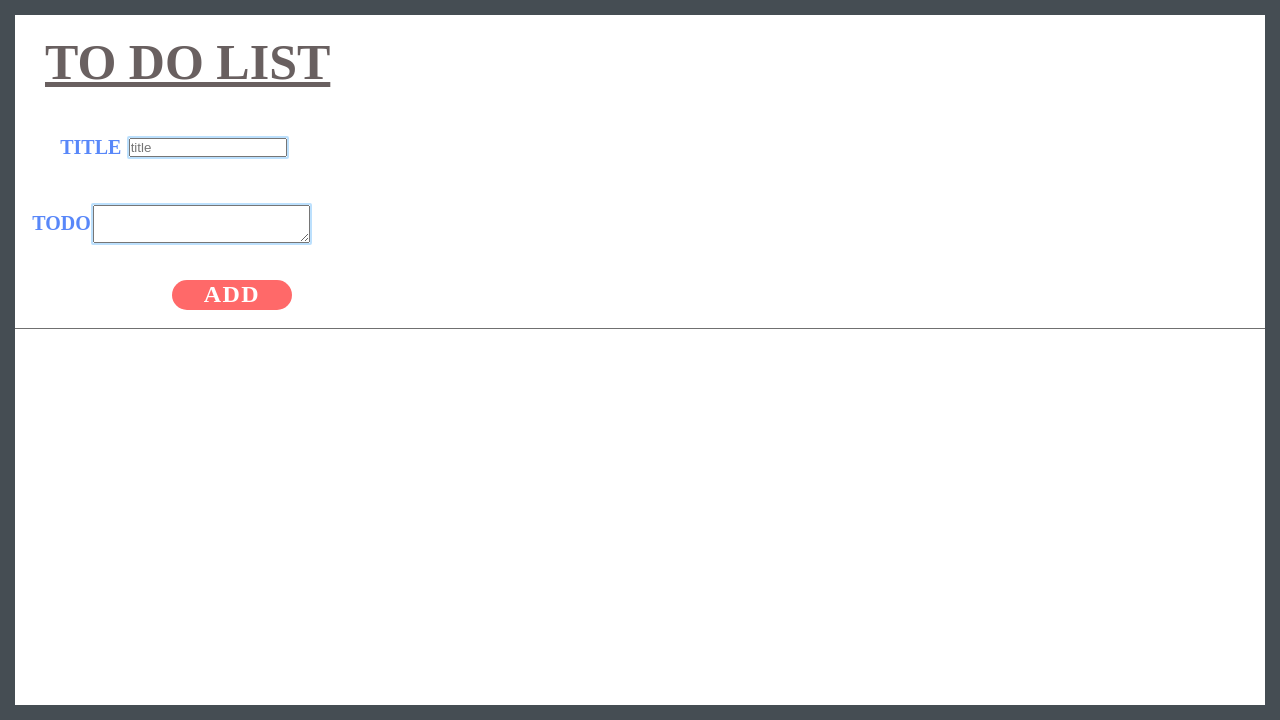
Repository: NagataRyuji0630/shinjin-otameshi
Page: todo_white_board.html
An editor plug-in stored every save of this project. The page is shown before and after the next save, followed by the edit.
The browser window is 1280 px wide. The pictures show the whole page.

Above is the page before, as saved 2020-06-11 23:15:38.
Not found: todoWhiteBoard.js

### todo_white_board.html
<!DOCTYPE html>
<html lang="ja">

<head>
    <meta charset="UTF-8">
    <meta name="viewport" content="width=device-width, initial-scale=1.0">
    <meta http-equiv="X-UA-Compatible" content="ie=edge">
    <link rel="stylesheet" href="./todo_white_board.css">
    <script src="./constants.js"></script>
    <script src="./domAction.js"></script>
    <script src="./todoWhiteBoard.js"></script>
    <title>Todo White Board</title>
</head>

<body>
    <div class="white_board display_flex_justify direction_colum">

        <div id="board_title_container" class="display_flex_align">
            <div id="board_title">TO DO LIST</div>
        </div>

        <div id="form_container" class="display_flex_justify direction_colum">

            <div class="input_content display_flex_all direction_row">
                <div class="input_title display_flex_all">TITLE</div>
                <div class="blue_form display_flex_all">
                    <input id="todo_title" type="text" placeholder="title" />
                </div>
            </div>

            <div class="input_content display_flex_all direction_row">
                <div class="input_title display_flex_all">TODO</div>
                <div class="blue_form display_flex_all">
                    <textarea id="todo_detail"></textarea>
                </div>

            </div>

            <div id="btn_container" class="display_flex_align">
                <div class="btn red_btn display_flex_all" id="todo_add_btn">
                    <div class="btn_text">ADD</div>
                </div>
            </div>
        </div>

        <div id="todo_list_container"></div>
    </div>
</body>

</html>

### todo_white_board.css
* {
    margin: 0px;
    padding: 0px;
    box-sizing: border-box;
}

body, html {
    width: 100%;
    height: 100%;
    font-size: 16px;
    overflow-x: hidden;
}

.display_flex_all {
    display: flex;
    justify-content: center;
    align-items: center;
}

.display_flex_justify {
    display: flex;
    justify-content: center;
}

.display_flex_align {
    display: flex;
    align-items: center;
}

.direction_colum {
    flex-direction: column;
}

.direction_row {
    flex-direction: row;
}

.white_board {
    width: 100%;
    height: 100%;
    border: 15px solid #454D53;
}

#board_title_container {
    width: auto;
    height: 15%;
    padding-left: 30px;
}

#board_title {
    text-align: center;
    text-decoration: underline;
    font-size: 50px;
    font-weight: bold;
    letter-spacing: 0px;
    color: #696060;
}

#form_container {
    width: 100%;
    height: 35%;
    padding: 0px 40px;
    border-bottom: 1px solid #707070;
}

.input_content {
    width: 20%;
    height: 35%;
}

.input_title {
    width: 35%;
    height: 100%;
    text-align: center;
    font-size: 20px;
    font-weight: bold;
    letter-spacing: 0px;
    color: #5887F9;
}

.blue_form {
    background: #F1F9FF 0% 0% no-repeat padding-box;
    border: 2px solid #BCE0FD;
    border-radius: 2px;
}

#todo_title {
    text-align: left;
    width: 100%;
    height: 100%;
}

#todo_detail {
    text-align: left;
    font-size: 16px;
    letter-spacing: 0px;
    color: #5887F9;
}

#btn_container {
    width: 100%;
    height: 30%;
}

.btn {
    width: 120px;
    height: 30px;
    border-radius: 24px;
}

.red_btn {
    background-color: #FF6969;
}

#todo_add_btn {
    position: relative;
    left: 10%
}

.btn_text {
    text-align: center;
    font-size: 24px;
    font-weight: bold;
    letter-spacing: 1.44px;
    color: #FFFFFF;
}

#todo_list_container {
    width: 100%;
    height: 60%;
}

Loaded but not shown: constants.js (no stored copy; drawn as an empty file); domAction.js (no stored copy; drawn as an empty file)

After the next save:
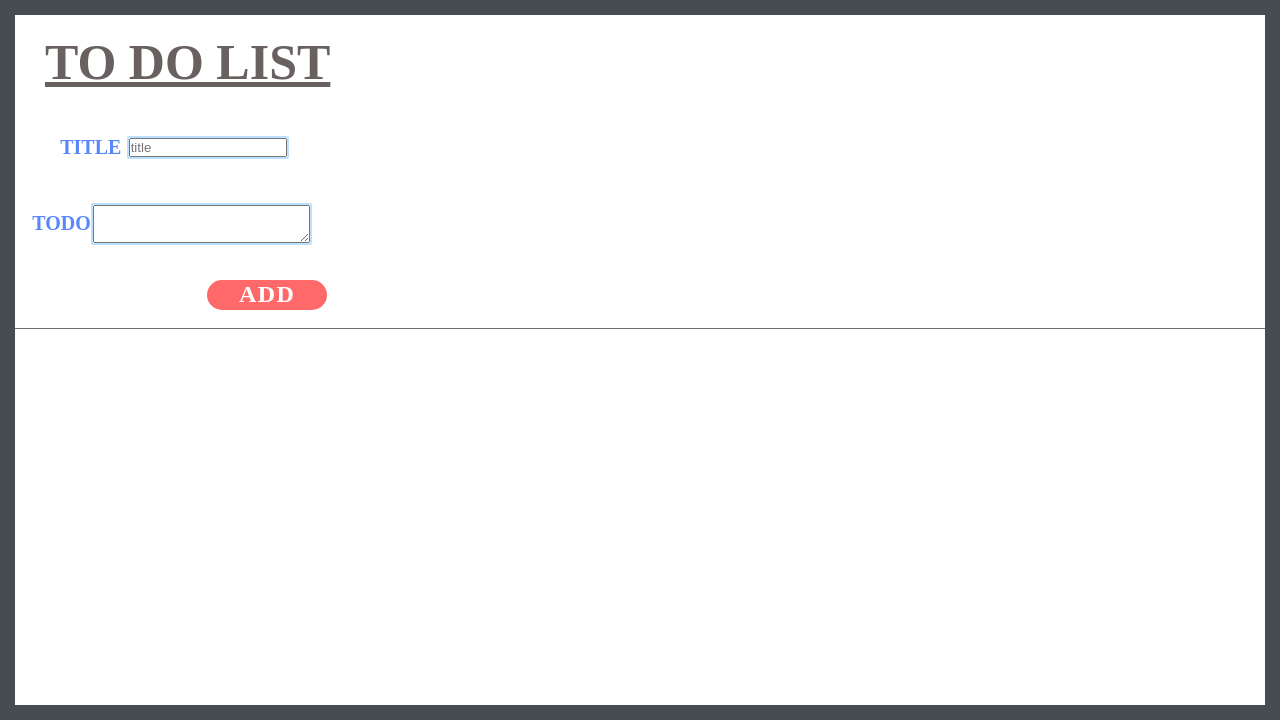
Saved 9 s later.
--- a/todo_white_board.css
+++ b/todo_white_board.css
@@ -114,7 +114,7 @@
 
 #todo_add_btn {
     position: relative;
-    left: 10%
+    left: 13%
 }
 
 .btn_text {
